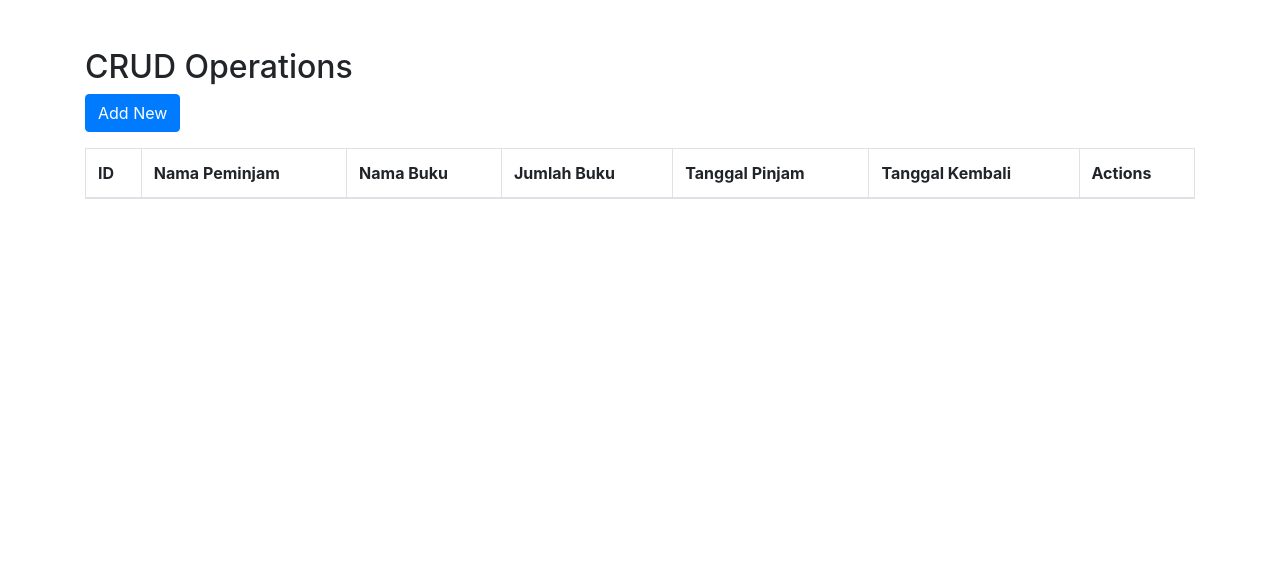
Repository: daffa-alif/peminjaman-buku
Page: http://localhost/
The author's editor kept a copy of each file at every save. The page is drawn from the files as they stood at one save, then again after a run of saves.
The browser window is 1280 px wide. The pictures show the whole page.
The page is served by the project's Laravel application, run on PHP 8.4 with Laravel 12. Other server files are loaded and not shown. Queries for data that is not in the repository find no rows.

Above is the page before, as saved 2024-11-01 09:30:39.

### routes/web.php
<?php

use Illuminate\Support\Facades\Route;
use App\Http\Controllers\CRUDController;

// Route for the index page
Route::get('/', [CRUDController::class, 'index'])->name('inventory.index');

// Resource routes for CRUD operations, excluding the index route
Route::resource('crud', CRUDController::class)->except(['index']);

### app/Http/Controllers/CRUDController.php
<?php

namespace App\Http\Controllers;

use App\Models\CRUD;
use Illuminate\Http\Request;

class CRUDController extends Controller
{
    /**
     * Display a listing of the resource.
     */
    public function index()
    {
        $items = CRUD::all();
        return view('CRUD.index', compact('items'));
    }

    /**
     * Store a newly created resource in storage.
     */
    public function store(Request $request)
    {
        // Validate the incoming request data
        $validatedData = $request->validate([
            'nama_peminjam' => 'required|string|max:100',
            'nama_buku' => 'required|string|max:100',
            'jumlah_buku' => 'required|integer|min:1',
            'tanggal_pinjam' => 'required|date',
            'tanggal_kembali' => 'nullable|date|after_or_equal:tanggal_pinjam', // Ensure return date is not before borrow date
        ]);

        // Create a new CRUD item
        $crud = CRUD::create($validatedData);
        $crud->calculateDenda(); // Call method to calculate fines if necessary

        // Return a JSON response
        return response()->json(['success' => 'Data added successfully!', 'item' => $crud]);
    }

    /**
     * Update the specified resource in storage.
     */
    public function update(Request $request, CRUD $cRUD)
    {
        // Validate the incoming request data
        $validatedData = $request->validate([
            'nama_peminjam' => 'required|string|max:100',
            'nama_buku' => 'required|string|max:100',
            'jumlah_buku' => 'required|integer|min:1',
            'tanggal_pinjam' => 'required|date',
            'tanggal_kembali' => 'nullable|date|after_or_equal:tanggal_pinjam', // Ensure return date is not before borrow date
        ]);

        // Update the CRUD item
        $cRUD->update($validatedData);
        $cRUD->calculateDenda(); // Update fine calculation if necessary

        // Return a JSON response
        return response()->json(['success' => 'Data updated successfully!', 'item' => $cRUD]);
    }

    /**
     * Remove the specified resource from storage.
     */
    public function destroy(CRUD $cRUD)
    {
        // Delete the CRUD item
        $cRUD->delete();

        // Return a JSON response
        return response()->json(['success' => 'Data deleted successfully!']);
    }
}

### app/Models/CRUD.php
<?php

namespace App\Models;

use Illuminate\Database\Eloquent\Factories\HasFactory;
use Illuminate\Database\Eloquent\Model;
use Carbon\Carbon;

class CRUD extends Model
{
    use HasFactory;

    protected $table = 'pinjam_buku';
    protected $fillable = ['nama_peminjam', 'nama_buku', 'jumlah_buku', 'tanggal_pinjam', 'tanggal_kembali', 'denda'];

    /**
     * Calculate the fine (denda) based on the return date and business rules.
     */
    public function calculateDenda()
    {
        $tanggalPinjam = Carbon::parse($this->tanggal_pinjam);
        $tanggalKembali = $this->tanggal_kembali ? Carbon::parse($this->tanggal_kembali) : null;

        if (is_null($tanggalKembali)) {
            // No return date specified, apply missing book fine
            $this->denda = 100000;
        } else {
            $daysBorrowed = $tanggalPinjam->diffInDays($tanggalKembali);
            $this->denda = $daysBorrowed > 7 ? ($daysBorrowed - 7) * 10000 : 0;
        }

        $this->save();
    }
}

### resources/views/CRUD/index.blade.php
<!DOCTYPE html>
<html lang="en">
    <head>
        <meta charset="UTF-8">
        <meta name="viewport" content="width=device-width, initial-scale=1.0">
        <title>CRUD Operations</title>
        <link rel="stylesheet" href="https://stackpath.bootstrapcdn.com/bootstrap/4.5.2/css/bootstrap.min.css">
        <script src="https://code.jquery.com/jquery-3.5.1.min.js"></script>
        <script src="https://stackpath.bootstrapcdn.com/bootstrap/4.5.2/js/bootstrap.bundle.min.js"></script>
        <meta name="csrf-token" content="{{ csrf_token() }}">
    </head>
<body>
<div class="container mt-5">
    <h2>CRUD Operations</h2>
    <button class="btn btn-primary" data-toggle="modal" data-target="#createModal">Add New</button>
    <table class="table table-bordered mt-3">
        <thead>
            <tr>
                <th>ID</th>
                <th>Nama Peminjam</th>
                <th>Nama Buku</th>
                <th>Jumlah Buku</th>
                <th>Tanggal Pinjam</th>
                <th>Tanggal Kembali</th>
                <th>Actions</th>
            </tr>
        </thead>
        <tbody id="itemsTable">
            @foreach($items as $item)
            <tr data-id="{{ $item->id }}">
                <td>{{ $item->id }}</td>
                <td>{{ $item->nama_peminjam }}</td>
                <td>{{ $item->nama_buku }}</td>
                <td>{{ $item->jumlah_buku }}</td>
                <td>{{ $item->tanggal_pinjam }}</td>
                <td>{{ $item->tanggal_kembali }}</td>
                <td>
                    <button class="btn btn-warning edit-btn" data-toggle="modal" data-target="#editModal">Edit</button>
                    <button class="btn btn-danger delete-btn">Delete</button>
                </td>
            </tr>
            @endforeach
        </tbody>
    </table>
</div>

<!-- Create Modal -->
<div class="modal fade" id="createModal" tabindex="-1" role="dialog" aria-labelledby="createModalLabel" aria-hidden="true">
    <div class="modal-dialog" role="document">
        <div class="modal-content">
            <div class="modal-header">
                <h5 class="modal-title" id="createModalLabel">Add New Item</h5>
                <button type="button" class="close" data-dismiss="modal" aria-label="Close">
                    <span aria-hidden="true">&times;</span>
                </button>
            </div>
            <div class="modal-body">
                <form id="createForm">
                    @csrf
                    <div class="form-group">
                        <label for="nama_peminjam">Nama Peminjam</label>
                        <input type="text" class="form-control" id="nama_peminjam" name="nama_peminjam" required>
                    </div>
                    <div class="form-group">
                        <label for="nama_buku">Nama Buku</label>
                        <input type="text" class="form-control" id="nama_buku" name="nama_buku" required>
                    </div>
                    <div class="form-group">
                        <label for="jumlah_buku">Jumlah Buku</label>
                        <input type="number" class="form-control" id="jumlah_buku" name="jumlah_buku" min="1" required>
                    </div>
                    <div class="form-group">
                        <label for="tanggal_pinjam">Tanggal Pinjam</label>
                        <input type="date" class="form-control" id="tanggal_pinjam" name="tanggal_pinjam" required>
                    </div>
                    <div class="form-group">
                        <label for="tanggal_kembali">Tanggal Kembali</label>
                        <input type="date" class="form-control" id="tanggal_kembali" name="tanggal_kembali">
                    </div>
                </form>
            </div>
            <div class="modal-footer">
                <button type="button" class="btn btn-secondary" data-dismiss="modal">Close</button>
                <button type="button" class="btn btn-primary" id="createBtn">Save</button>
            </div>
        </div>
    </div>
</div>

<!-- Edit Modal -->
<div class="modal fade" id="editModal" tabindex="-1" role="dialog" aria-labelledby="editModalLabel" aria-hidden="true">
    <div class="modal-dialog" role="document">
        <div class="modal-content">
            <div class="modal-header">
                <h5 class="modal-title" id="editModalLabel">Edit Item</h5>
                <button type="button" class="close" data-dismiss="modal" aria-label="Close">
                    <span aria-hidden="true">&times;</span>
                </button>
            </div>
            <div class="modal-body">
                <form id="editForm">
                    @csrf
                    @method('PUT')
                    <input type="hidden" id="edit_id" name="id">
                    <div class="form-group">
                        <label for="edit_nama_peminjam">Nama Peminjam</label>
                        <input type="text" class="form-control" id="edit_nama_peminjam" name="nama_peminjam" required>
                    </div>
                    <div class="form-group">
                        <label for="edit_nama_buku">Nama Buku</label>
                        <input type="text" class="form-control" id="edit_nama_buku" name="nama_buku" required>
                    </div>
                    <div class="form-group">
                        <label for="edit_jumlah_buku">Jumlah Buku</label>
                        <input type="number" class="form-control" id="edit_jumlah_buku" name="jumlah_buku" min="1" required>
                    </div>
                    <div class="form-group">
                        <label for="edit_tanggal_pinjam">Tanggal Pinjam</label>
                        <input type="date" class="form-control" id="edit_tanggal_pinjam" name="tanggal_pinjam" required>
                    </div>
                    <div class="form-group">
                        <label for="edit_tanggal_kembali">Tanggal Kembali</label>
                        <input type="date" class="form-control" id="edit_tanggal_kembali" name="tanggal_kembali">
                    </div>
                </form>
            </div>
            <div class="modal-footer">
                <button type="button" class="btn btn-secondary" data-dismiss="modal">Close</button>
                <button type="button" class="btn btn-warning" id="editBtn">Update</button>
            </div>
        </div>
    </div>
</div>

<script>
    $(document).ready(function() {
        // CSRF Token setup
        $.ajaxSetup({
            headers: {
                'X-CSRF-TOKEN': $('meta[name="csrf-token"]').attr('content')
            }
        });

        // Create new item
        $('#createBtn').on('click', function() {
            $.ajax({
                type: 'POST',
                url: '{{ route("crud.store") }}',
                data: $('#createForm').serialize(),
                success: function(response) {
                    $('#createModal').modal('hide');
                    $('#itemsTable').append(`
                        <tr data-id="${response.item.id}">
                            <td>${response.item.id}</td>
                            <td>${response.item.nama_peminjam}</td>
                            <td>${response.item.nama_buku}</td>
                            <td>${response.item.jumlah_buku}</td>
                            <td>${response.item.tanggal_pinjam}</td>
                            <td>${response.item.tanggal_kembali || 'N/A'}</td>
                            <td>
                                <button class="btn btn-warning edit-btn" data-toggle="modal" data-target="#editModal">Edit</button>
                                <button class="btn btn-danger delete-btn">Delete</button>
                            </td>
                        </tr>
                    `);
                    alert(response.success);
                },
                error: function(xhr) {
                    const errorMessage = xhr.responseJSON?.message || 'Error: An unexpected error occurred.';
                    alert('Error: ' + errorMessage);
                }
            });
        });

        // Edit item
        $(document).on('click', '.edit-btn', function() {
            const row = $(this).closest('tr');
            const id = row.data('id');
            $.ajax({
                type: 'GET',
                url: `{{ url('crud') }}/${id}`,
                success: function(data) {
                    $('#edit_id').val(data.id);
                    $('#edit_nama_peminjam').val(data.nama_peminjam);
                    $('#edit_nama_buku').val(data.nama_buku);
                    $('#edit_jumlah_buku').val(data.jumlah_buku);
                    $('#edit_tanggal_pinjam').val(data.tanggal_pinjam);
                    $('#edit_tanggal_kembali').val(data.tanggal_kembali || '');
                },
                error: function(xhr) {
                    const errorMessage = xhr.responseJSON?.message || 'Error fetching data.';
                    alert('Error: ' + errorMessage);
                }
            });
        });

        // Update item
        $('#editBtn').on('click', function() {
            const id = $('#edit_id').val();
            $.ajax({
                type: 'PUT',
                url: `{{ url('crud') }}/${id}`,
                data: $('#editForm').serialize(),
                success: function(response) {
                    $('#editModal').modal('hide');
                    const row = $(`tr[data-id="${id}"]`);
                    row.find('td:nth-child(2)').text(response.item.nama_peminjam);
                    row.find('td:nth-child(3)').text(response.item.nama_buku);
                    row.find('td:nth-child(4)').text(response.item.jumlah_buku);
                    row.find('td:nth-child(5)').text(response.item.tanggal_pinjam);
                    row.find('td:nth-child(6)').text(response.item.tanggal_kembali || 'N/A');
                    alert(response.success);
                },
                error: function(xhr) {
                    const errorMessage = xhr.responseJSON?.message || 'Error: An unexpected error occurred.';
                    alert('Error: ' + errorMessage);
                }
            });
        });

        // Delete item
        $(document).on('click', '.delete-btn', function() {
            const row = $(this).closest('tr');
            const id = row.data('id');
            if (confirm('Are you sure you want to delete this item?')) {
                $.ajax({
                    type: 'DELETE',
                    url: `{{ url('crud') }}/${id}`,
                    success: function(response) {
                        row.remove();
                        alert(response.success);
                    },
                    error: function(xhr) {
                        const errorMessage = xhr.responseJSON?.message || 'Error: An unexpected error occurred.';
                        alert('Error: ' + errorMessage);
                    }
                });
            }
        });
    });
</script>


</body>
</html>

Loaded but not shown: app/Http/Controllers/Controller.php (common file)

After the next 2 saves:
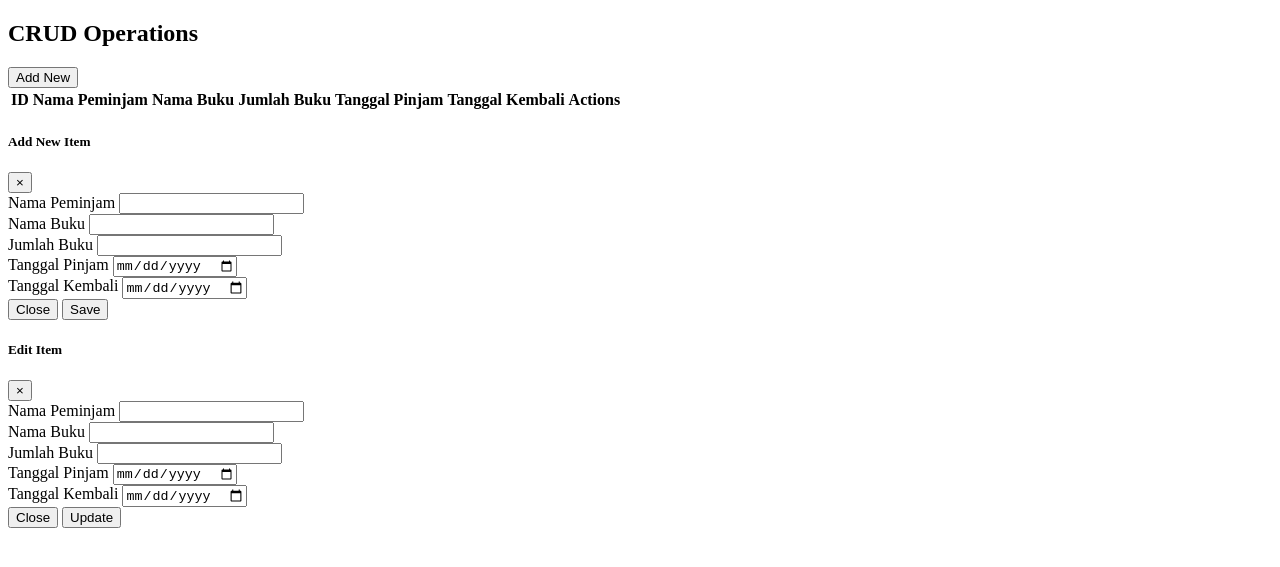
Console error: ReferenceError: $ is not defined
The 2 saves are shown as one change because they came seconds apart.
The last was saved 2 min 8 s later.
--- a/resources/views/CRUD/index.blade.php
+++ b/resources/views/CRUD/index.blade.php
@@ -1,15 +1,13 @@
 <!DOCTYPE html>
 <html lang="en">
-    <head>
-        <meta charset="UTF-8">
-        <meta name="viewport" content="width=device-width, initial-scale=1.0">
-        <title>CRUD Operations</title>
-        <link rel="stylesheet" href="https://stackpath.bootstrapcdn.com/bootstrap/4.5.2/css/bootstrap.min.css">
-        <script src="https://code.jquery.com/jquery-3.5.1.min.js"></script>
-        <script src="https://stackpath.bootstrapcdn.com/bootstrap/4.5.2/js/bootstrap.bundle.min.js"></script>
-        <meta name="csrf-token" content="{{ csrf_token() }}">
-    </head>
+<head>
+    <meta charset="UTF-8">
+    <meta name="viewport" content="width=device-width, initial-scale=1.0">
+    <meta http-equiv="X-UA-Compatible" content="ie=edge">
+    <title>Document</title>
+</head>
 <body>
+    @section('content')
 <div class="container mt-5">
     <h2>CRUD Operations</h2>
     <button class="btn btn-primary" data-toggle="modal" data-target="#createModal">Add New</button>
@@ -134,13 +132,6 @@
 
 <script>
     $(document).ready(function() {
-        // CSRF Token setup
-        $.ajaxSetup({
-            headers: {
-                'X-CSRF-TOKEN': $('meta[name="csrf-token"]').attr('content')
-            }
-        });
-
         // Create new item
         $('#createBtn').on('click', function() {
             $.ajax({
@@ -156,7 +147,7 @@
                             <td>${response.item.nama_buku}</td>
                             <td>${response.item.jumlah_buku}</td>
                             <td>${response.item.tanggal_pinjam}</td>
-                            <td>${response.item.tanggal_kembali || 'N/A'}</td>
+                            <td>${response.item.tanggal_kembali}</td>
                             <td>
                                 <button class="btn btn-warning edit-btn" data-toggle="modal" data-target="#editModal">Edit</button>
                                 <button class="btn btn-danger delete-btn">Delete</button>
@@ -166,8 +157,7 @@
                     alert(response.success);
                 },
                 error: function(xhr) {
-                    const errorMessage = xhr.responseJSON?.message || 'Error: An unexpected error occurred.';
-                    alert('Error: ' + errorMessage);
+                    alert('Error: ' + xhr.responseJSON.message);
                 }
             });
         });
@@ -185,11 +175,10 @@
                     $('#edit_nama_buku').val(data.nama_buku);
                     $('#edit_jumlah_buku').val(data.jumlah_buku);
                     $('#edit_tanggal_pinjam').val(data.tanggal_pinjam);
-                    $('#edit_tanggal_kembali').val(data.tanggal_kembali || '');
+                    $('#edit_tanggal_kembali').val(data.tanggal_kembali);
                 },
                 error: function(xhr) {
-                    const errorMessage = xhr.responseJSON?.message || 'Error fetching data.';
-                    alert('Error: ' + errorMessage);
+                    alert('Error fetching data: ' + xhr.responseJSON.message);
                 }
             });
         });
@@ -208,17 +197,16 @@
                     row.find('td:nth-child(3)').text(response.item.nama_buku);
                     row.find('td:nth-child(4)').text(response.item.jumlah_buku);
                     row.find('td:nth-child(5)').text(response.item.tanggal_pinjam);
-                    row.find('td:nth-child(6)').text(response.item.tanggal_kembali || 'N/A');
+                    row.find('td:nth-child(6)').text(response.item.tanggal_kembali);
                     alert(response.success);
                 },
                 error: function(xhr) {
-                    const errorMessage = xhr.responseJSON?.message || 'Error: An unexpected error occurred.';
-                    alert('Error: ' + errorMessage);
+                    alert('Error updating item: ' + xhr.responseJSON.message);
                 }
             });
         });
 
-        // Delete item
+        // Delete item (Optional Implementation)
         $(document).on('click', '.delete-btn', function() {
             const row = $(this).closest('tr');
             const id = row.data('id');
@@ -231,15 +219,12 @@
                         alert(response.success);
                     },
                     error: function(xhr) {
-                        const errorMessage = xhr.responseJSON?.message || 'Error: An unexpected error occurred.';
-                        alert('Error: ' + errorMessage);
+                        alert('Error deleting item: ' + xhr.responseJSON.message);
                     }
                 });
             }
         });
     });
 </script>
-
-
 </body>
 </html>
